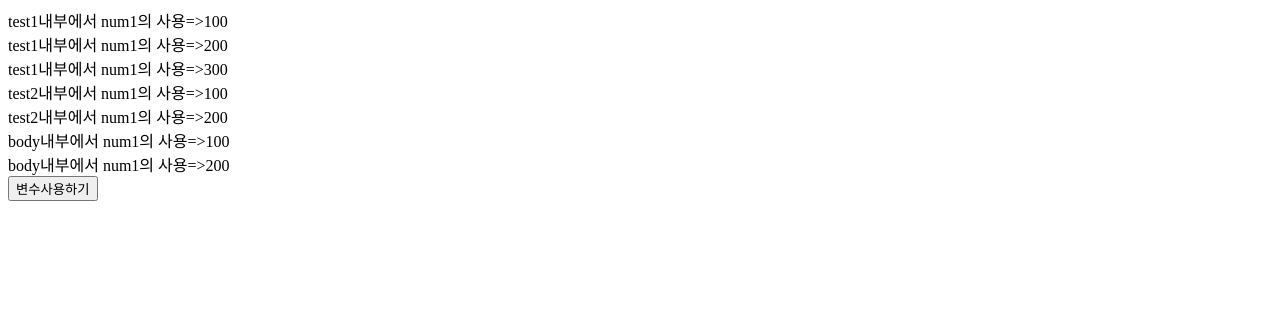
Repository: insunkang/JSP
Page: clientweb/WebContent/js_basic/js_function_variable_test.html
An editor plug-in stored every save of this project. The page is shown before and after the next save, followed by the edit.
The browser window is 1280 px wide. The pictures show the whole page.

Above is the page before, as saved 2020-01-07 06:42:54.

### clientweb/WebContent/js_basic/js_function_variable_test.html
<!DOCTYPE html>
<!-- 변수의 사용범위(함수)  -->
<html>
<head>
	<meta charset="EUC-KR">
	<title>Insert title here</title>
	<script type="text/javascript">
		//자바스크립트에서 전역변수와 지역변수를 구분하여 선언하기(선언위치,var)
		//	 => 함수끼리 변수를 공유해서 사용하는 경우 유용
		//1. 함수 밖에서 변수를 선언하는 경우 - 전역변수
		num1=100;
		function test1(){
			//2. 함수 내부에서 변수를 선언하는 경우 - 전역변수
			num2=200;
			//3. 함수 내부에서 var키워드를 이용해서 변수를 선언하는 경우
			var num3 =300;
			document.write("test1내부에서 num1의 사용=>"+num1+"<br/>");
			document.write("test1내부에서 num1의 사용=>"+num2+"<br/>");
			document.write("test1내부에서 num1의 사용=>"+num3+"<br/>");
		}
		function test2(){
			document.write("test2내부에서 num1의 사용=>"+num1+"<br/>");
			document.write("test2내부에서 num1의 사용=>"+num2+"<br/>");
		}
	</script>
</head>
<body>
	<script type="text/javascript">
		//test2(); - 함수 내부에서 변수가 선언되는 경우 변수를 선언한 함수가
		//			  무조건 먼저 호출 되어야 합니다.
		test1();
		test2();
		document.write("body내부에서 num1의 사용=>"+num1+"<br/>");
		document.write("body내부에서 num1의 사용=>"+num2+"<br/>");
	</script>
	<input type="button" value="변수사용하기" onclick="alert(num1)"/>
</body>
</html>

After the next save:
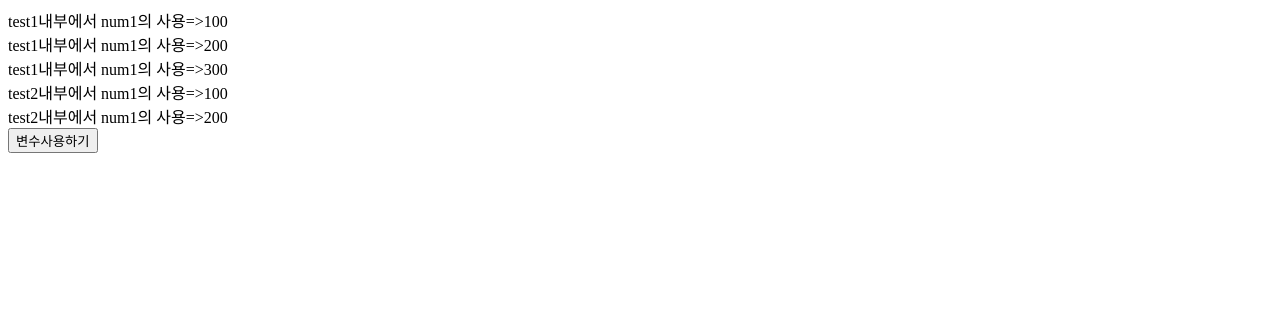
Console error: ReferenceError: num3 is not defined
Saved 36 s later.
--- a/clientweb/WebContent/js_basic/js_function_variable_test.html
+++ b/clientweb/WebContent/js_basic/js_function_variable_test.html
@@ -21,6 +21,7 @@
 		function test2(){
 			document.write("test2내부에서 num1의 사용=>"+num1+"<br/>");
 			document.write("test2내부에서 num1의 사용=>"+num2+"<br/>");
+			document.write("test2내부에서 num1의 사용=>"+num3+"<br/>");
 		}
 	</script>
 </head>
@@ -31,7 +32,9 @@
 		test1();
 		test2();
 		document.write("body내부에서 num1의 사용=>"+num1+"<br/>");
-		document.write("body내부에서 num1의 사용=>"+num2+"<br/>");
+		document.write("body내부에서 num2의 사용=>"+num2+"<br/>");
+		document.write("body내부에서 num3의 사용=>"+num3+"<br/>");
+
 	</script>
 	<input type="button" value="변수사용하기" onclick="alert(num1)"/>
 </body>

After the 3 saves that followed:
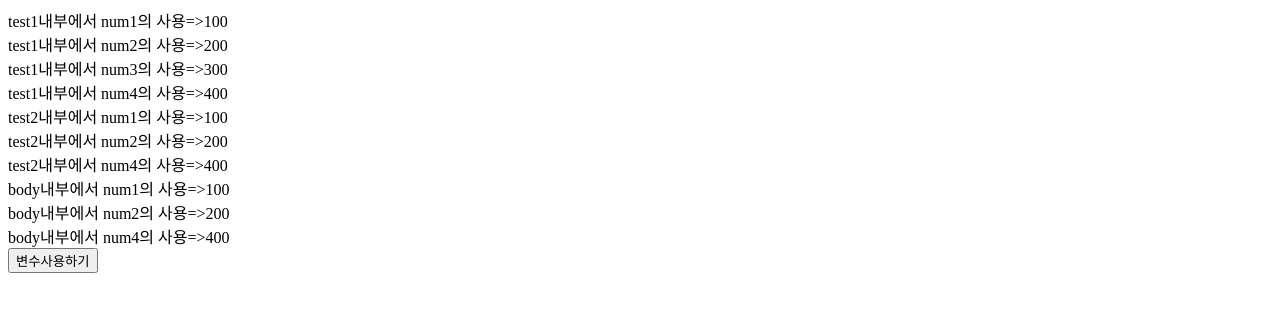
The error is gone.
The 3 saves are shown as one change because 2 left the picture as it was.
The last was saved 3 min 42 s later.
--- a/clientweb/WebContent/js_basic/js_function_variable_test.html
+++ b/clientweb/WebContent/js_basic/js_function_variable_test.html
@@ -9,19 +9,23 @@
 		//	 => 함수끼리 변수를 공유해서 사용하는 경우 유용
 		//1. 함수 밖에서 변수를 선언하는 경우 - 전역변수
 		num1=100;
+		//4. 함수 밖에서 var 키워드를 이용해서 변수를 선언하는 경우
+		var num4 = 400;
 		function test1(){
 			//2. 함수 내부에서 변수를 선언하는 경우 - 전역변수
 			num2=200;
-			//3. 함수 내부에서 var키워드를 이용해서 변수를 선언하는 경우
+			//3. 함수 내부에서 var키워드를 이용해서 변수를 선언하는 경우 - 지역변수
 			var num3 =300;
 			document.write("test1내부에서 num1의 사용=>"+num1+"<br/>");
-			document.write("test1내부에서 num1의 사용=>"+num2+"<br/>");
-			document.write("test1내부에서 num1의 사용=>"+num3+"<br/>");
+			document.write("test1내부에서 num2의 사용=>"+num2+"<br/>");
+			document.write("test1내부에서 num3의 사용=>"+num3+"<br/>");
+			document.write("test1내부에서 num4의 사용=>"+num4+"<br/>");
 		}
 		function test2(){
 			document.write("test2내부에서 num1의 사용=>"+num1+"<br/>");
-			document.write("test2내부에서 num1의 사용=>"+num2+"<br/>");
-			document.write("test2내부에서 num1의 사용=>"+num3+"<br/>");
+			document.write("test2내부에서 num2의 사용=>"+num2+"<br/>");
+			//document.write("test2내부에서 num3의 사용=>"+num3+"<br/>");
+			document.write("test2내부에서 num4의 사용=>"+num4+"<br/>");
 		}
 	</script>
 </head>
@@ -33,8 +37,8 @@
 		test2();
 		document.write("body내부에서 num1의 사용=>"+num1+"<br/>");
 		document.write("body내부에서 num2의 사용=>"+num2+"<br/>");
-		document.write("body내부에서 num3의 사용=>"+num3+"<br/>");
-
+		//document.write("body내부에서 num3의 사용=>"+num3+"<br/>");
+		document.write("body내부에서 num4의 사용=>"+num4+"<br/>");
 	</script>
 	<input type="button" value="변수사용하기" onclick="alert(num1)"/>
 </body>
